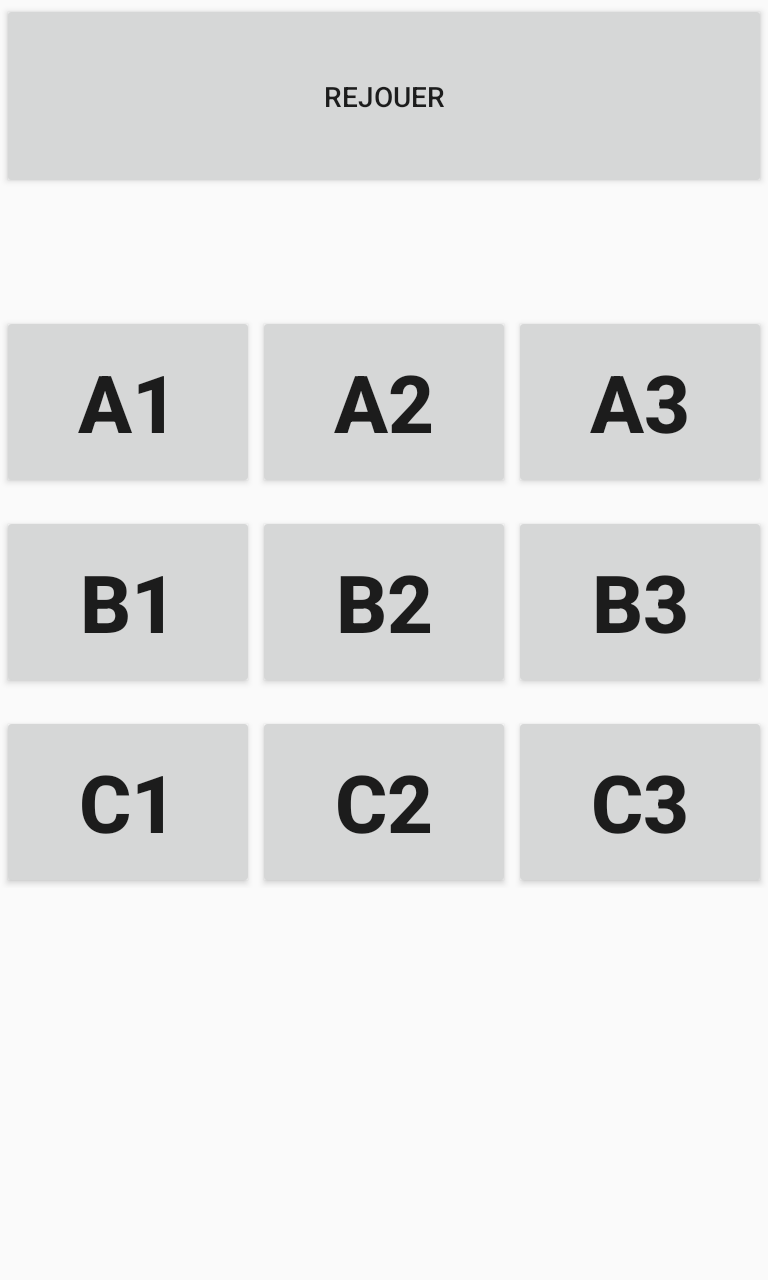
Repository: chakrinamo/Projet_S4_TicTacToe
Layout: Tic_Tac_Toe/res/layout/activity_main.xml
These files come from the project's save history. The layout is drawn as it stood at one moment and after the next save; the edit follows.
It is drawn on a 768 x 1280 px phone screen (xhdpi) without system bars, with theme AppTheme; the app's code is not run.

Above is the layout before, as saved 2015-02-24 05:58:50.

### Tic_Tac_Toe/res/layout/activity_main.xml
<LinearLayout xmlns:android="http://schemas.android.com/apk/res/android"
    xmlns:tools="http://schemas.android.com/tools"
    android:layout_width="match_parent"
    android:layout_height="match_parent"
    android:orientation="vertical"
    tools:context="${relativePackage}.${activityClass}" >

    <LinearLayout
        android:layout_width="fill_parent"
        android:layout_height="wrap_content"
        android:orientation="horizontal" >

        <Button
            android:id="@+id/Rejouer"
            android:layout_width="fill_parent"
            android:layout_height="96dp"
            android:layout_marginBottom="60dp"
            android:text="REJOUER"/>

    </LinearLayout>

    <LinearLayout
        android:layout_width="fill_parent"
        android:layout_height="wrap_content"
        android:orientation="horizontal"
        android:layout_marginBottom="10dp" >

        <Button
            android:id="@+id/A1"
            android:layout_width="fill_parent"
            android:layout_height="90dp"
            android:layout_weight="1"
            android:text="A1"
            android:textSize="40dp"
            android:textStyle="bold" />

        <Button
            android:id="@+id/A2"
            android:layout_width="fill_parent"
            android:layout_height="90dp"
            android:layout_weight="1"
            android:text="A2"
            android:textSize="40dp"
            android:textStyle="bold" />

        <Button
            android:id="@+id/A3"
            android:layout_width="fill_parent"
            android:layout_height="90dp"
            android:layout_weight="1"
            android:text="A3"
            android:textSize="40dp"
            android:textStyle="bold"/>
    </LinearLayout>

    <LinearLayout
        android:layout_width="fill_parent"
        android:layout_height="wrap_content"
        android:orientation="horizontal"
        android:layout_marginBottom="10dp">

        <Button
            android:id="@+id/B1"
            android:layout_width="fill_parent"
            android:layout_height="90dp"
            android:layout_weight="1"
            android:text="B1"
            android:textSize="40dp"
            android:textStyle="bold"/>

        <Button
            android:id="@+id/B2"
            android:layout_width="fill_parent"
            android:layout_height="90dp"
            android:layout_weight="1"
            android:text="B2"
            android:textSize="40dp"
            android:textStyle="bold"/>

        <Button
            android:id="@+id/B3"
            android:layout_width="fill_parent"
            android:layout_height="90dp"
            android:layout_weight="1"
            android:text="B3"
            android:textSize="40dp"
            android:textStyle="bold"/>
    </LinearLayout>

    <LinearLayout
        android:layout_width="fill_parent"
        android:layout_height="88dp"
        android:orientation="horizontal"
        android:layout_marginBottom="10dp" >

        <Button
            android:id="@+id/C1"
            android:layout_width="fill_parent"
            android:layout_height="90dp"
            android:layout_weight="1"
            android:text="C1"
            android:textSize="40dp"
            android:textStyle="bold"/>

        <Button
            android:id="@+id/C2"
            android:layout_width="fill_parent"
            android:layout_height="90dp"
            android:layout_weight="1"
            android:text="C2"
            android:textSize="40dp"
            android:textStyle="bold"/>

        <Button
            android:id="@+id/C3"
            android:layout_width="fill_parent"
            android:layout_height="90dp"
            android:layout_weight="1"
            android:text="C3"
            android:textSize="40dp"
            android:textStyle="bold"/>
    </LinearLayout>

</LinearLayout>

Loaded but not shown: Tic_Tac_Toe/res/values/styles.xml (common file); Tic_Tac_Toe/res/values-v11/styles.xml (common file); Tic_Tac_Toe/res/values-v14/styles.xml (common file)

After the next save:
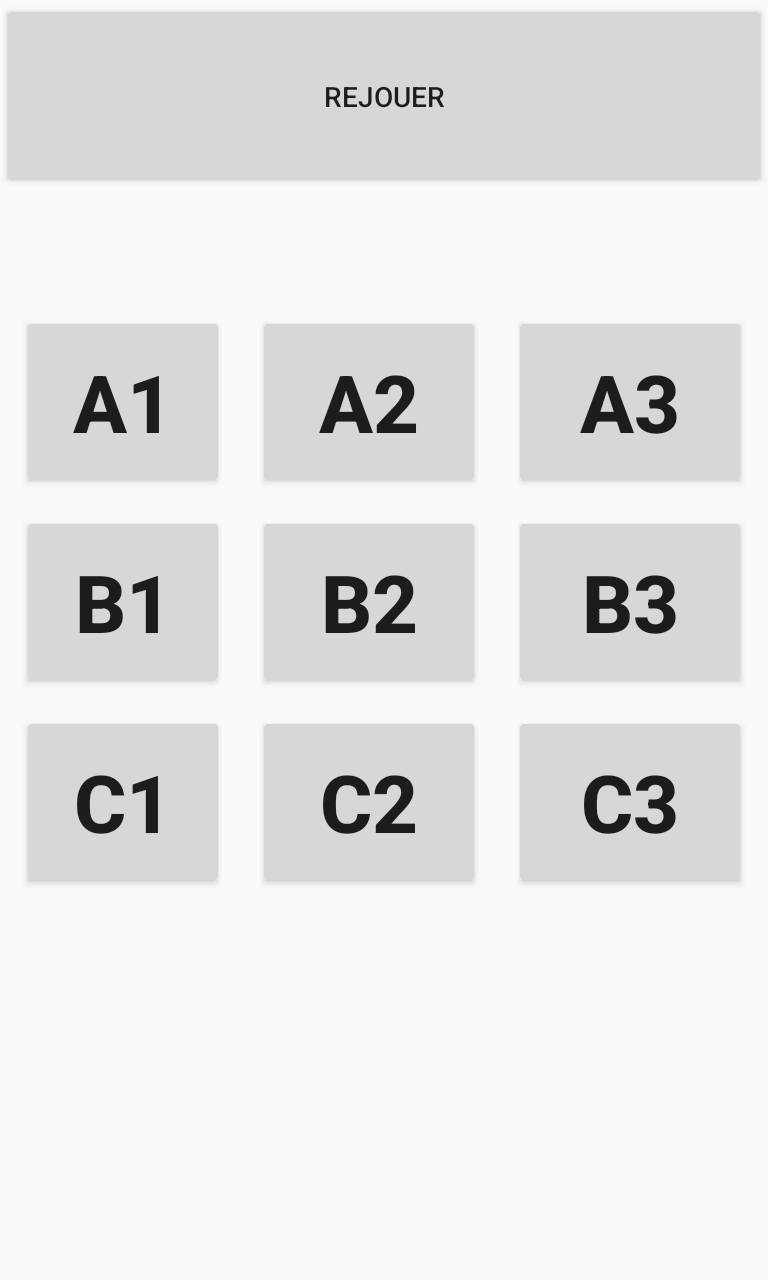
Saved 11 min 39 s later.
--- a/Tic_Tac_Toe/res/layout/activity_main.xml
+++ b/Tic_Tac_Toe/res/layout/activity_main.xml
@@ -29,6 +29,8 @@
             android:id="@+id/A1"
             android:layout_width="fill_parent"
             android:layout_height="90dp"
+            android:layout_marginLeft="10dp"
+            android:layout_marginRight="15dp"
             android:layout_weight="1"
             android:text="A1"
             android:textSize="40dp"
@@ -38,6 +40,7 @@
             android:id="@+id/A2"
             android:layout_width="fill_parent"
             android:layout_height="90dp"
+            android:layout_marginRight="15dp"
             android:layout_weight="1"
             android:text="A2"
             android:textSize="40dp"
@@ -47,10 +50,12 @@
             android:id="@+id/A3"
             android:layout_width="fill_parent"
             android:layout_height="90dp"
+            android:layout_marginRight="10dp"
             android:layout_weight="1"
             android:text="A3"
             android:textSize="40dp"
-            android:textStyle="bold"/>
+            android:textStyle="bold" />
+
     </LinearLayout>
 
     <LinearLayout
@@ -63,28 +68,33 @@
             android:id="@+id/B1"
             android:layout_width="fill_parent"
             android:layout_height="90dp"
+            android:layout_marginLeft="10dp"
+            android:layout_marginRight="15dp"
             android:layout_weight="1"
             android:text="B1"
             android:textSize="40dp"
-            android:textStyle="bold"/>
+            android:textStyle="bold" />
 
         <Button
             android:id="@+id/B2"
             android:layout_width="fill_parent"
             android:layout_height="90dp"
+            android:layout_marginRight="15dp"
             android:layout_weight="1"
             android:text="B2"
             android:textSize="40dp"
-            android:textStyle="bold"/>
+            android:textStyle="bold" />
 
         <Button
             android:id="@+id/B3"
             android:layout_width="fill_parent"
             android:layout_height="90dp"
+            android:layout_marginRight="10dp"
             android:layout_weight="1"
             android:text="B3"
             android:textSize="40dp"
-            android:textStyle="bold"/>
+            android:textStyle="bold" />
+
     </LinearLayout>
 
     <LinearLayout
@@ -97,28 +107,33 @@
             android:id="@+id/C1"
             android:layout_width="fill_parent"
             android:layout_height="90dp"
+            android:layout_marginLeft="10dp"
+            android:layout_marginRight="15dp"
             android:layout_weight="1"
             android:text="C1"
             android:textSize="40dp"
-            android:textStyle="bold"/>
+            android:textStyle="bold" />
 
         <Button
             android:id="@+id/C2"
             android:layout_width="fill_parent"
             android:layout_height="90dp"
+            android:layout_marginRight="15dp"
             android:layout_weight="1"
             android:text="C2"
             android:textSize="40dp"
-            android:textStyle="bold"/>
+            android:textStyle="bold" />
 
         <Button
             android:id="@+id/C3"
             android:layout_width="fill_parent"
             android:layout_height="90dp"
+            android:layout_marginRight="10dp"
             android:layout_weight="1"
             android:text="C3"
             android:textSize="40dp"
-            android:textStyle="bold"/>
+            android:textStyle="bold" />
+
     </LinearLayout>
 
 </LinearLayout>
